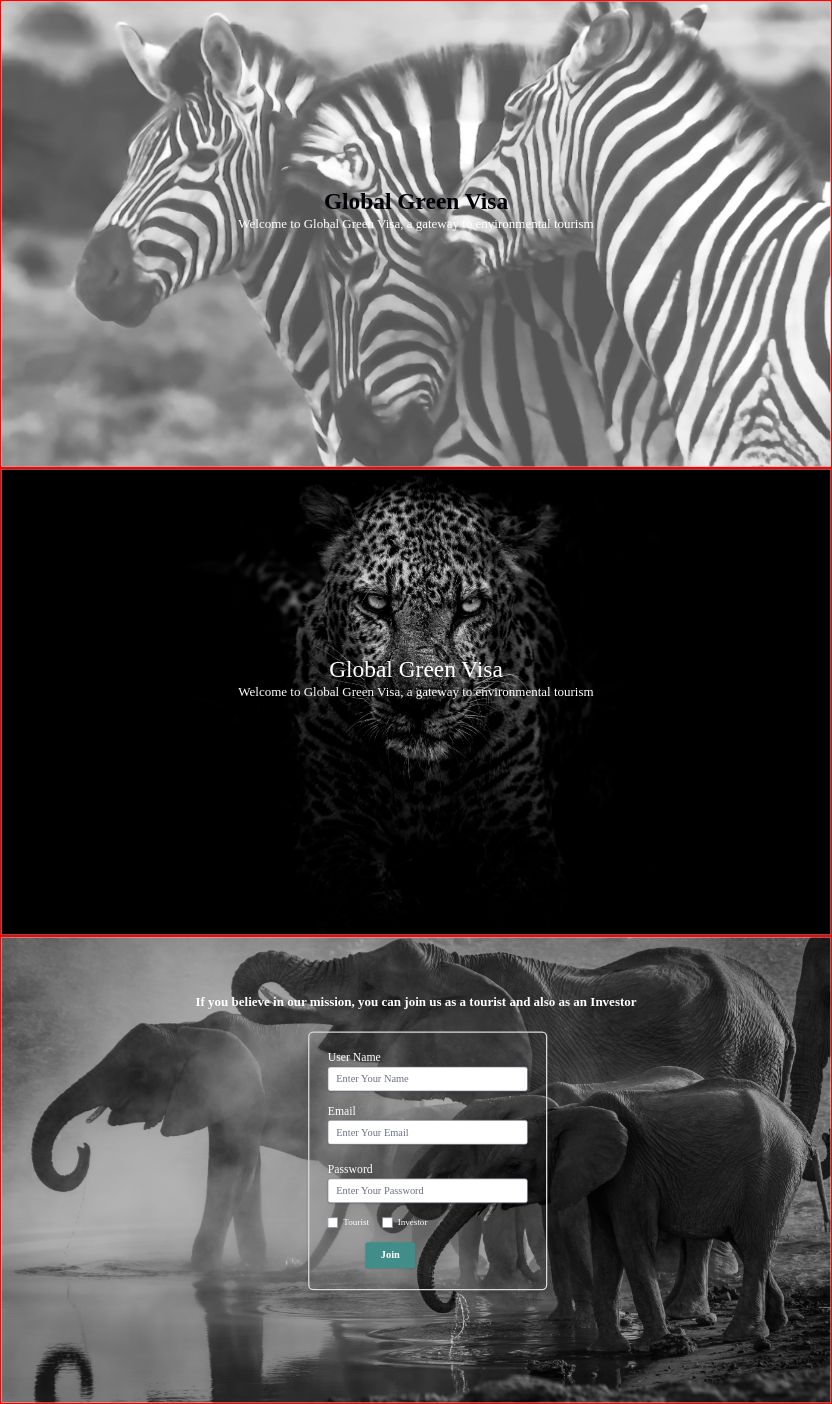
Repository: BrightonMboya/ggv-landingPage
Page: /
An editor plug-in stored every save of this project. The page is shown before and after the next save, followed by the edit.
The browser window is 1280 px wide. The pictures show the whole page, at 65% of full size.
The project was rebuilt for these pictures with package versions that can differ from the ones it lists, and the page was loaded fresh each time. The framework's server and built-in components were replaced by stand-ins that run in the browser. Also part of the build but not shown: next.config.js.

Above is the page before, as saved 2022-06-14 11:54:08.

After the next save:
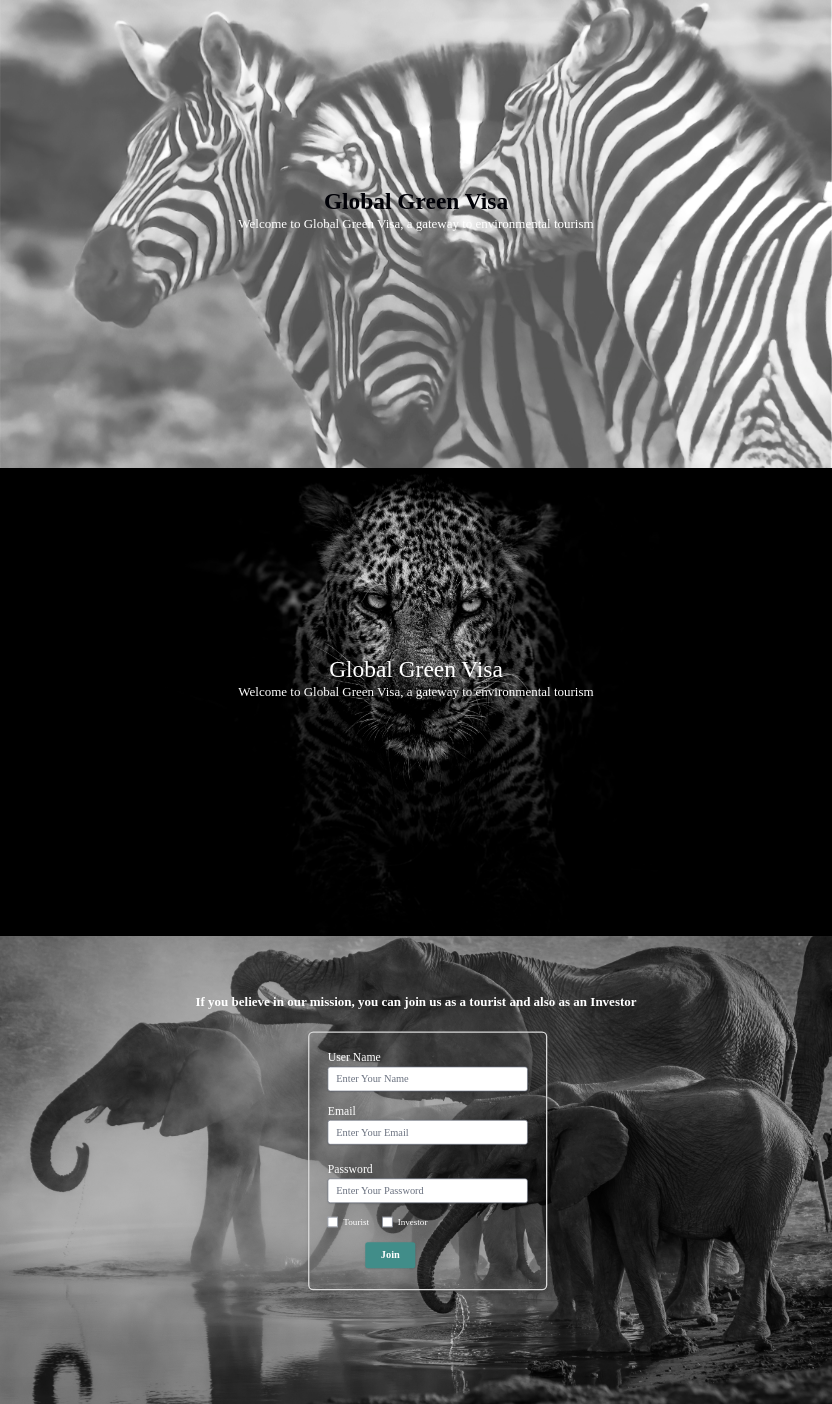
Saved 3 min 4 s later.
--- a/styles/Home.module.css
+++ b/styles/Home.module.css
@@ -38,7 +38,7 @@
     rgba(0, 1, 7, 0.7),
     rgb(78, 77, 77, 0.7)
   );
-  border: 2px solid red;
+  /* border: 2px solid red; */
   /* height: 100vh; */
 }
 
